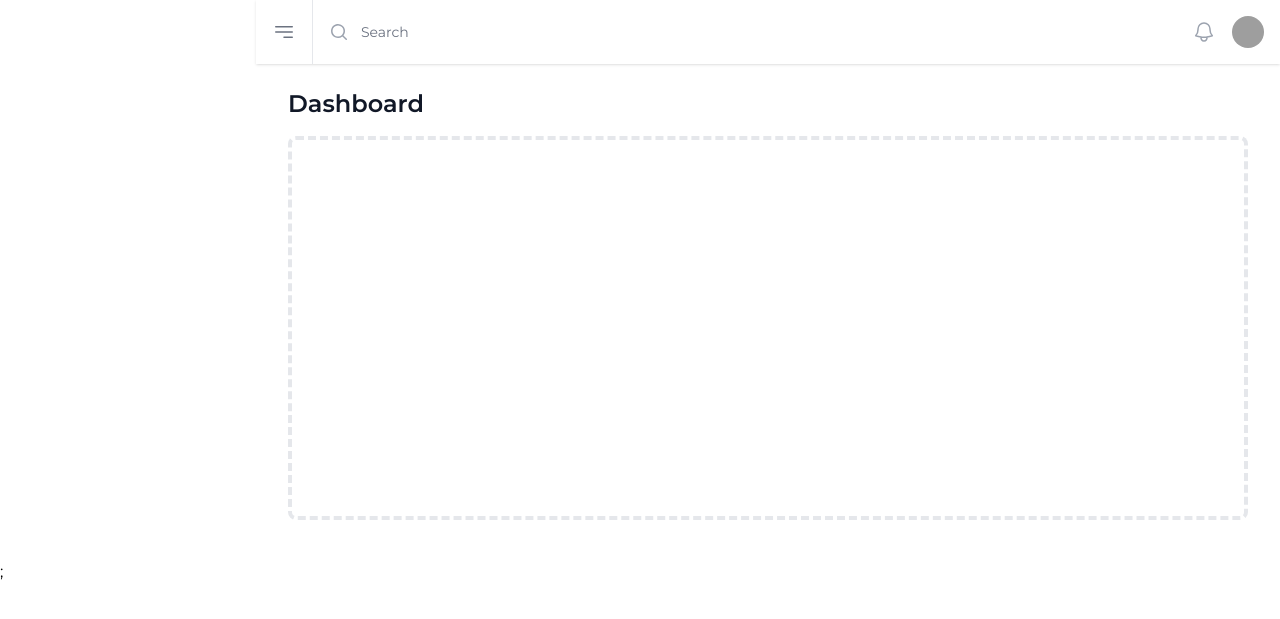
Repository: LuisSempre/mks
Page: /bar
An editor plug-in stored every save of this project. The page is shown before and after the next save, followed by the edit.
The browser window is 1280 px wide. The pictures show the whole page.
Pictures or frames that could not be fetched are drawn as grey boxes. The project was rebuilt for these pictures with package versions that can differ from the ones it lists, and the page was loaded fresh each time. The framework's server and built-in components were replaced by stand-ins that run in the browser. Also part of the build but not shown: next.config.js.

Above is the page before, as saved 2023-01-24 01:37:38.

### pages/_app.tsx
import "../styles/globals.css";
import type { AppProps } from "next/app";
import { Montserrat } from "@next/font/google";

const montserrat = Montserrat({
  subsets: ["latin"],
});

function MyApp({ Component, pageProps }: AppProps) {
  return (
    <div className={montserrat.className}>
      <Component {...pageProps} />;
    </div>
  );
}

export default MyApp;

### pages/bar.tsx
import { NextPage } from "next";
import SidebarCar from "../components/SidebarCar";

const Bar: NextPage = () => {
  return (
    <>
      <SidebarCar />
    </>
  );
};

export default Bar;

### components/SidebarCar.tsx
import { Fragment, useState } from "react";
import { Dialog, Menu, Transition } from "@headlessui/react";
import {
  Bars3BottomRightIcon,
  BellIcon,
  CalendarIcon,
  ChartBarIcon,
  FolderIcon,
  HomeIcon,
  InboxIcon,
  UsersIcon,
  XMarkIcon,
} from "@heroicons/react/24/outline";
import { MagnifyingGlassIcon } from "@heroicons/react/20/solid";

const navigation = [
  { name: "Dashboard", href: "#", icon: HomeIcon, current: true },
  { name: "Team", href: "#", icon: UsersIcon, current: false },
  { name: "Projects", href: "#", icon: FolderIcon, current: false },
  { name: "Calendar", href: "#", icon: CalendarIcon, current: false },
  { name: "Documents", href: "#", icon: InboxIcon, current: false },
  { name: "Reports", href: "#", icon: ChartBarIcon, current: false },
];
const userNavigation = [
  { name: "Your Profile", href: "#" },
  { name: "Settings", href: "#" },
  { name: "Sign out", href: "#" },
];

function classNames(...classes: string[]) {
  return classes.filter(Boolean).join(" ");
}

export default function SidebarCar() {
  const [sidebarOpen, setSidebarOpen] = useState(false);

  return (
    <>
      <div>
        {/* Static sidebar for desktop */}
        <div className='fixed inset-y-0 flex flex-col w-64 md:hidden'>
          {/* Sidebar component, swap this element with another sidebar if you like */}
          <div className='flex flex-col flex-grow pt-5 overflow-y-auto bg-indigo-700'>
            <div className='flex items-center flex-shrink-0 px-4'>
              <img
                className='w-auto h-8'
                src='https://tailwindui.com/img/logos/mark.svg?color=indigo&shade=300'
                alt='Your Company'
              />
            </div>
            <div className='flex flex-col flex-1 mt-5'>
              <nav className='flex-1 px-2 pb-4 space-y-1'>
                {navigation.map((item) => (
                  <a
                    key={item.name}
                    href={item.href}
                    className={classNames(
                      item.current
                        ? "bg-indigo-800 text-white"
                        : "text-indigo-100 hover:bg-indigo-600",
                      "group flex items-center px-2 py-2 text-sm font-medium rounded-md",
                    )}
                  >
                    <item.icon
                      className='flex-shrink-0 w-6 h-6 mr-3 text-indigo-300'
                      aria-hidden='true'
                    />
                    {item.name}
                  </a>
                ))}
              </nav>
            </div>
          </div>
        </div>
        <div className='flex flex-col flex-1 md:pl-64'>
          <div className='sticky top-0 z-10 flex flex-shrink-0 h-16 bg-white shadow'>
            <button
              type='button'
              className='px-4 text-gray-500 border-r border-gray-200 focus:outline-none focus:ring-2 focus:ring-inset focus:ring-indigo-500'
              onClick={() => setSidebarOpen(true)}
            >
              <span className='sr-only'>Open sidebar</span>
              <Bars3BottomRightIcon className='w-6 h-6' aria-hidden='true' />
            </button>
            <div className='flex justify-between flex-1 px-4'>
              <div className='flex flex-1'>
                <form className='flex w-full md:ml-0' action='#' method='GET'>
                  <label htmlFor='search-field' className='sr-only'>
                    Search
                  </label>
                  <div className='relative w-full text-gray-400 focus-within:text-gray-600'>
                    <div className='absolute inset-y-0 left-0 flex items-center pointer-events-none'>
                      <MagnifyingGlassIcon
                        className='w-5 h-5'
                        aria-hidden='true'
                      />
                    </div>
                    <input
                      id='search-field'
                      className='block w-full h-full py-2 pl-8 pr-3 text-gray-900 placeholder-gray-500 border-transparent focus:border-transparent focus:placeholder-gray-400 focus:outline-none focus:ring-0 sm:text-sm'
                      placeholder='Search'
                      type='search'
                      name='search'
                    />
                  </div>
                </form>
              </div>
              <div className='flex items-center ml-4 md:ml-6'>
                <button
                  type='button'
                  className='p-1 text-gray-400 bg-white rounded-full hover:text-gray-500 focus:outline-none focus:ring-2 focus:ring-indigo-500 focus:ring-offset-2'
                >
                  <span className='sr-only'>View notifications</span>
                  <BellIcon className='w-6 h-6' aria-hidden='true' />
                </button>

                {/* Profile dropdown */}
                <Menu as='div' className='relative ml-3'>
                  <div>
                    <Menu.Button className='flex items-center max-w-xs text-sm bg-white rounded-full focus:outline-none focus:ring-2 focus:ring-indigo-500 focus:ring-offset-2'>
                      <span className='sr-only'>Open user menu</span>
                      <img
                        className='w-8 h-8 rounded-full'
                        src='https://images.unsplash.com/photo-1472099645785-5658abf4ff4e?ixlib=rb-1.2.1&ixid=eyJhcHBfaWQiOjEyMDd9&auto=format&fit=facearea&facepad=2&w=256&h=256&q=80'
                        alt=''
                      />
                    </Menu.Button>
                  </div>
                  <Transition
                    as={Fragment}
                    enter='transition ease-out duration-100'
                    enterFrom='transform opacity-0 scale-95'
                    enterTo='transform opacity-100 scale-100'
                    leave='transition ease-in duration-75'
                    leaveFrom='transform opacity-100 scale-100'
                    leaveTo='transform opacity-0 scale-95'
                  >
                    <Menu.Items className='absolute left-0 z-10 w-48 py-1 mt-2 origin-top-left bg-white rounded-md shadow-lg ring-1 ring-black ring-opacity-5 focus:outline-none'>
                      {userNavigation.map((item) => (
                        <Menu.Item key={item.name}>
                          {({ active }) => (
                            <a
                              href={item.href}
                              className={classNames(
                                active ? "bg-gray-100" : "",
                                "block px-4 py-2 text-sm text-gray-700",
                              )}
                            >
                              {item.name}
                            </a>
                          )}
                        </Menu.Item>
                      ))}
                    </Menu.Items>
                  </Transition>
                </Menu>
              </div>
            </div>
          </div>

          <main>
            <div className='py-6'>
              <div className='px-4 mx-auto max-w-7xl sm:px-6 md:px-8'>
                <h1 className='text-2xl font-semibold text-gray-900'>
                  Dashboard
                </h1>
              </div>
              <div className='px-4 mx-auto max-w-7xl sm:px-6 md:px-8'>
                {/* Replace with your content */}
                <div className='py-4'>
                  <div className='border-4 border-gray-200 border-dashed rounded-lg h-96' />
                </div>
                {/* /End replace */}
              </div>
            </div>
          </main>
        </div>
        <Transition.Root show={sidebarOpen} as={Fragment}>
          <Dialog as='div' className='relative z-40' onClose={setSidebarOpen}>
            <Transition.Child
              as={Fragment}
              enter='transition-opacity ease-linear duration-300'
              enterFrom='opacity-0'
              enterTo='opacity-100'
              leave='transition-opacity ease-linear duration-300'
              leaveFrom='opacity-100'
              leaveTo='opacity-0'
            >
              <div className='fixed inset-0 bg-gray-600 bg-opacity-75' />
            </Transition.Child>

            <div className='fixed inset-0 z-40 flex'>
              <Transition.Child
                as={Fragment}
                enter='transition ease-in-out duration-300 transform'
                enterFrom='-translate-x-full'
                enterTo='translate-x-0'
                leave='transition ease-in-out duration-300 transform'
                leaveFrom='translate-x-0'
                leaveTo='-translate-x-full'
              >
                <Dialog.Panel className='relative flex flex-col flex-1 w-full max-w-xs pt-5 pb-4 bg-indigo-700'>
                  <Transition.Child
                    as={Fragment}
                    enter='ease-in-out duration-300'
                    enterFrom='opacity-0'
                    enterTo='opacity-100'
                    leave='ease-in-out duration-300'
                    leaveFrom='opacity-100'
                    leaveTo='opacity-0'
                  >
                    <div className='absolute top-0 right-0 pt-2 -mr-12'>
                      <button
                        type='button'
                        className='flex items-center justify-center w-10 h-10 ml-1 rounded-full focus:outline-none focus:ring-2 focus:ring-inset focus:ring-white'
                        onClick={() => setSidebarOpen(false)}
                      >
                        <span className='sr-only'>Close sidebar</span>
                        <XMarkIcon
                          className='w-6 h-6 text-white'
                          aria-hidden='true'
                        />
                      </button>
                    </div>
                  </Transition.Child>
                  <div className='flex items-center flex-shrink-0 px-4'>
                    <img
                      className='w-auto h-8'
                      src='https://tailwindui.com/img/logos/mark.svg?color=indigo&shade=300'
                      alt='Your Company'
                    />
                  </div>
                  <div className='flex-1 h-0 mt-5 overflow-y-auto'>
                    <nav className='px-2 space-y-1'>
                      {navigation.map((item) => (
                        <a
                          key={item.name}
                          href={item.href}
                          className={classNames(
                            item.current
                              ? "bg-indigo-800 text-white"
                              : "text-indigo-100 hover:bg-indigo-600",
                            "group flex items-center px-2 py-2 text-base font-medium rounded-md",
                          )}
                        >
                          <item.icon
                            className='flex-shrink-0 w-6 h-6 mr-4 text-indigo-300'
                            aria-hidden='true'
                          />
                          {item.name}
                        </a>
                      ))}
                    </nav>
                  </div>
                </Dialog.Panel>
              </Transition.Child>
              <div className='flex-shrink-0 w-14' aria-hidden='true'>
                {/* Dummy element to force sidebar to shrink to fit close icon */}
              </div>
            </div>
          </Dialog>
        </Transition.Root>
      </div>
    </>
  );
}

Loaded but not shown: styles/globals.css (common file); tailwind.config.js (common file)

After the next save:
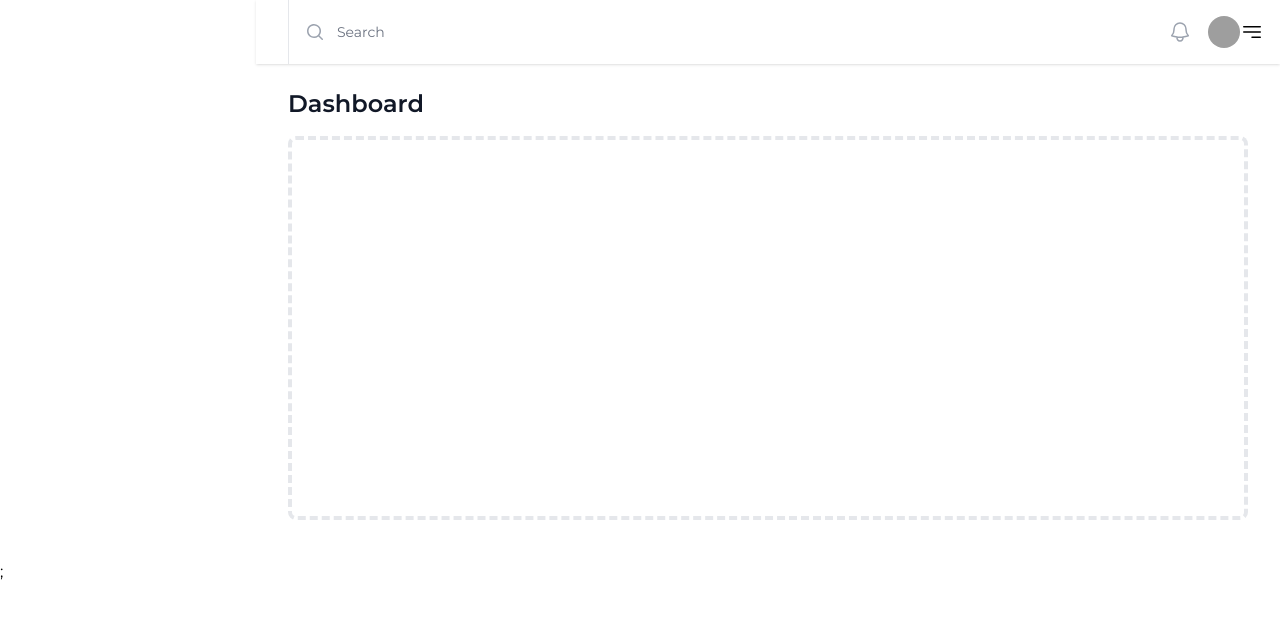
Saved 107 s later.
--- a/components/SidebarCar.tsx
+++ b/components/SidebarCar.tsx
@@ -80,7 +80,6 @@
               onClick={() => setSidebarOpen(true)}
             >
               <span className='sr-only'>Open sidebar</span>
-              <Bars3BottomRightIcon className='w-6 h-6' aria-hidden='true' />
             </button>
             <div className='flex justify-between flex-1 px-4'>
               <div className='flex flex-1'>
@@ -154,6 +153,7 @@
                     </Menu.Items>
                   </Transition>
                 </Menu>
+                <Bars3BottomRightIcon className='w-6 h-6' aria-hidden='true' />
               </div>
             </div>
           </div>
